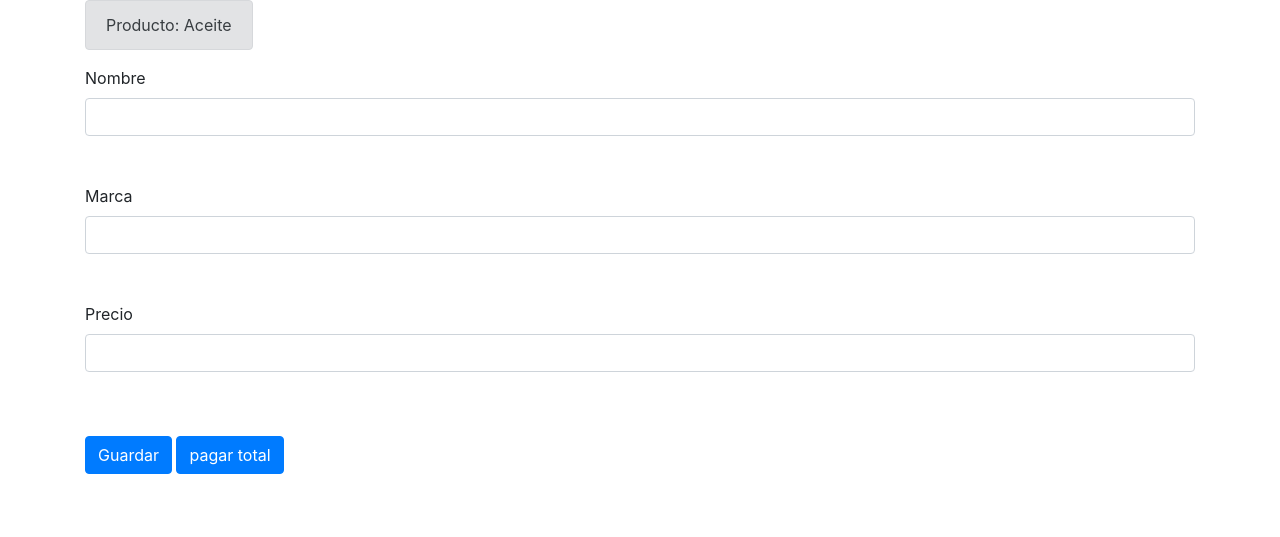
Repository: Alemartinez97/New-Repository
Page: programacion-3/tp4/carrito/detalleCompra/producto.html
An editor plug-in stored every save of this project. The page is shown before and after the next save, followed by the edit.
The browser window is 1280 px wide. The pictures show the whole page.

Above is the page before, as saved 2020-06-18 17:34:00.

### programacion-3/tp4/carrito/detalleCompra/producto.html
<!DOCTYPE html>
<html lang="en">
<head>
    <meta charset="UTF-8">
    <meta name="viewport" content="width=device-width, initial-scale=1.0">
    <title>Bienvenido</title>
    <link rel="stylesheet" href="https://stackpath.bootstrapcdn.com/bootstrap/4.5.0/css/bootstrap.min.css" integrity="sha384-9aIt2nRpC12Uk9gS9baDl411NQApFmC26EwAOH8WgZl5MYYxFfc+NcPb1dKGj7Sk" crossorigin="anonymous">
</head>
<body>
    <div class="container">
        <form class="form-group">
            <label for="codigo" class="alert alert-secondary">Producto: Aceite</label>
        </br>
            <label for="">Nombre</label>
            <input type="text" id="nombre" class="form-control"  aria-describedby="emailHelp" required><br>
        </br>
            <label for="">Marca</label>
            <input type="text" id="marca" class="form-control"  aria-describedby="emailHelp" required><br>
        </br>
        <label for="">Precio</label>
        <input type="number" id="Precio" class="form-control"  aria-describedby="emailHelp" required><br>
    </br>
        </form>
        <a href="../carrito.html" class="btn btn-primary">Guardar</a>
        <button onclick="enviarDatos()" class="btn btn-primary">pagar total</button>
        <h3 id="resultado"></h3>
        <script src="../../js/producto.js"></script>
    </div>
</body>
</html>

### programacion-3/tp4/js/producto.js
function enviarDatos() {


    let codigo = document.getElementById("codigo").value;
    let nombre = document.getElementById("nombre").value;
    let marca = document.getElementById("marca").value;
    let precio = document.getElementById("precio").value;

    let request = { codigo: codigo, nombre: nombre, marca: marca, precio: precio};

        document.getElementById("resultado").innerHTML = JSON.stringify(request);
        console.log("Detalle del Producto: ",request);
        setTimeout(function() {
            debugger
            alert("Enviado");
            document.getElementById("resultado").innerHTML = JSON.stringify(request) + "... Enviada exitosamente";
        }, 3000);
    }

After the next save:
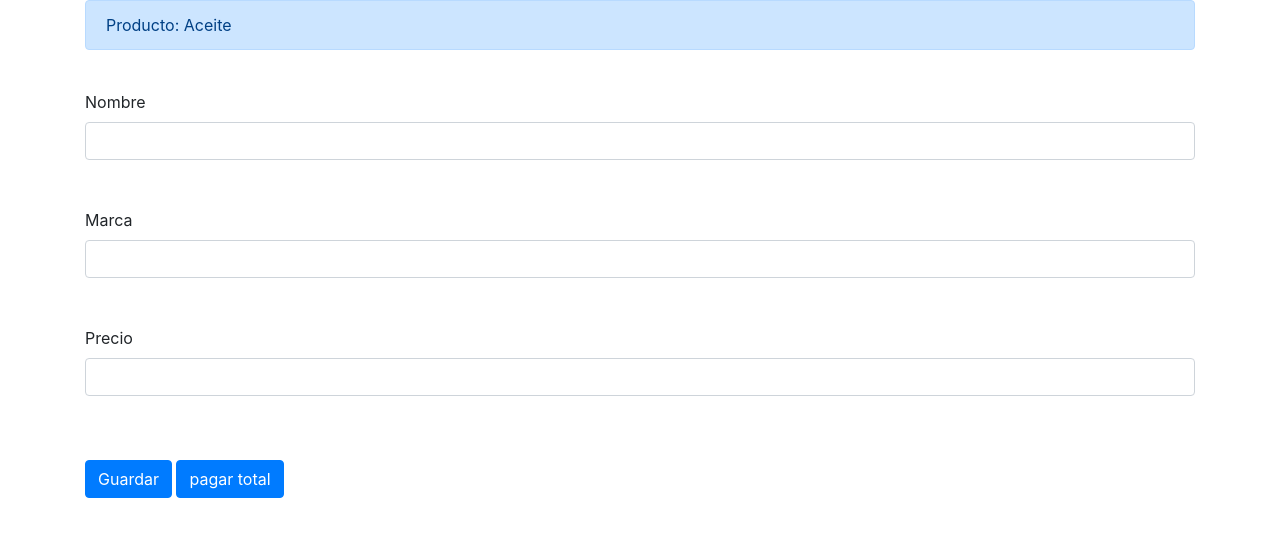
Saved 41 s later.
--- a/programacion-3/tp4/carrito/detalleCompra/producto.html
+++ b/programacion-3/tp4/carrito/detalleCompra/producto.html
@@ -9,7 +9,9 @@
 <body>
     <div class="container">
         <form class="form-group">
-            <label for="codigo" class="alert alert-secondary">Producto: Aceite</label>
+            <div class="alert alert-primary" role="alert">
+                Producto: Aceite
+              </div>
         </br>
             <label for="">Nombre</label>
             <input type="text" id="nombre" class="form-control"  aria-describedby="emailHelp" required><br>
